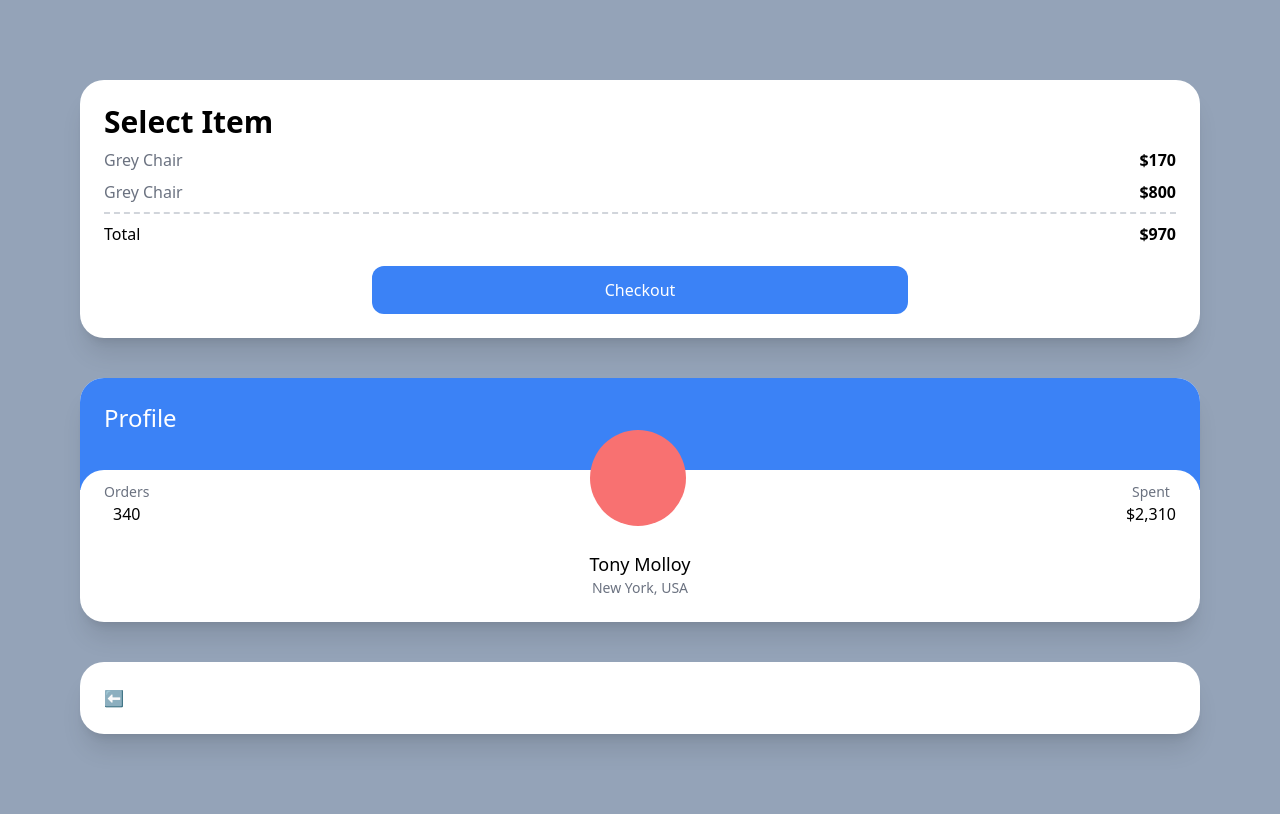
Repository: pjk0007/nextjs-carrot-marcket
Page: /
These files come from the project's save history. The page is drawn as it stood at one moment and after the next save; the edit follows.
The browser window is 1280 px wide. The pictures show the whole page.
The project was rebuilt for these pictures with package versions that can differ from the ones it lists, and the page was loaded fresh each time. The framework's server and built-in components were replaced by stand-ins that run in the browser. Also part of the build but not shown: next.config.js.

Above is the page before, as saved 2022-04-30 13:20:51.

### pages/index.tsx
import type { NextPage } from 'next'
const Home: NextPage = () => {
  return (
    <div className='bg-slate-400 py-20 px-20 grid gap-10'>
      <div className='bg-white p-6 rounded-3xl shadow-xl'>
        <span className='font-semibold text-3xl'>Select Item</span>
        <div className='flex justify-between my-2'>
          <span className='text-gray-500'>Grey Chair</span>
          <span className='font-semibold'>$170</span>
        </div>
        <div className='flex justify-between'>
          <span className='text-gray-500'>Grey Chair</span>
          <span className='font-semibold'>$800</span>
        </div>
        <div className='flex justify-between mt-2 pt-2 border-t-2 border-dashed border-gray-300'>
          <span>Total</span>
          <span className='font-semibold'>$970</span>
        </div>
        <div className='mt-5 bg-blue-500 text-white p-3 text-center rounded-xl w-1/2 mx-auto'>Checkout</div>
      </div>

      <div className='bg-white overflow-hidden rounded-3xl shadow-xl'>
        <div className='bg-blue-500 p-6 pb-14'>
          <span className='text-white text-2xl'>Profile</span>
        </div>
        <div className='rounded-3xl p-6 relative -top-5 bg-white'>
          <div className='flex relative -top-16 items-end justify-between'>
            <div className='flex flex-col items-center'>
              <span className='text-sm text-gray-500'>Orders</span>
              <span className='font-medium'>340</span>
            </div>
            <div className='h-24 w-24 bg-red-400 rounded-full'/>
            <div className='flex flex-col items-center'>
              <span className='text-sm text-gray-500'>Spent</span>
              <span className='font-medium'>$2,310</span>
            </div>
          </div>
          <div className='flex flex-col items-center -mt-10 -mb-5'>
            <span className='text-lg font-medium'>Tony Molloy</span>
            <span className='text-sm text-gray-500'>New York, USA</span>
          </div>
        </div>
      </div>

      <div className='bg-white p-6 rounded-3xl shadow-xl'>
        <div>
          <span>⬅</span>
        </div>
      </div>
    </div>
  );
}

export default Home

### tailwind.config.js
module.exports = {
  content: [
    "./pages/**/*.{js,jsx,ts,tsx}",
    "./components/**/*.{js,jsx,ts,tsx}"
  ],
  theme: {
    extend: {},
  },
  plugins: [],
}

Loaded but not shown: pages/_app.tsx (common file); styles/globals.css (common file)

After the next save:
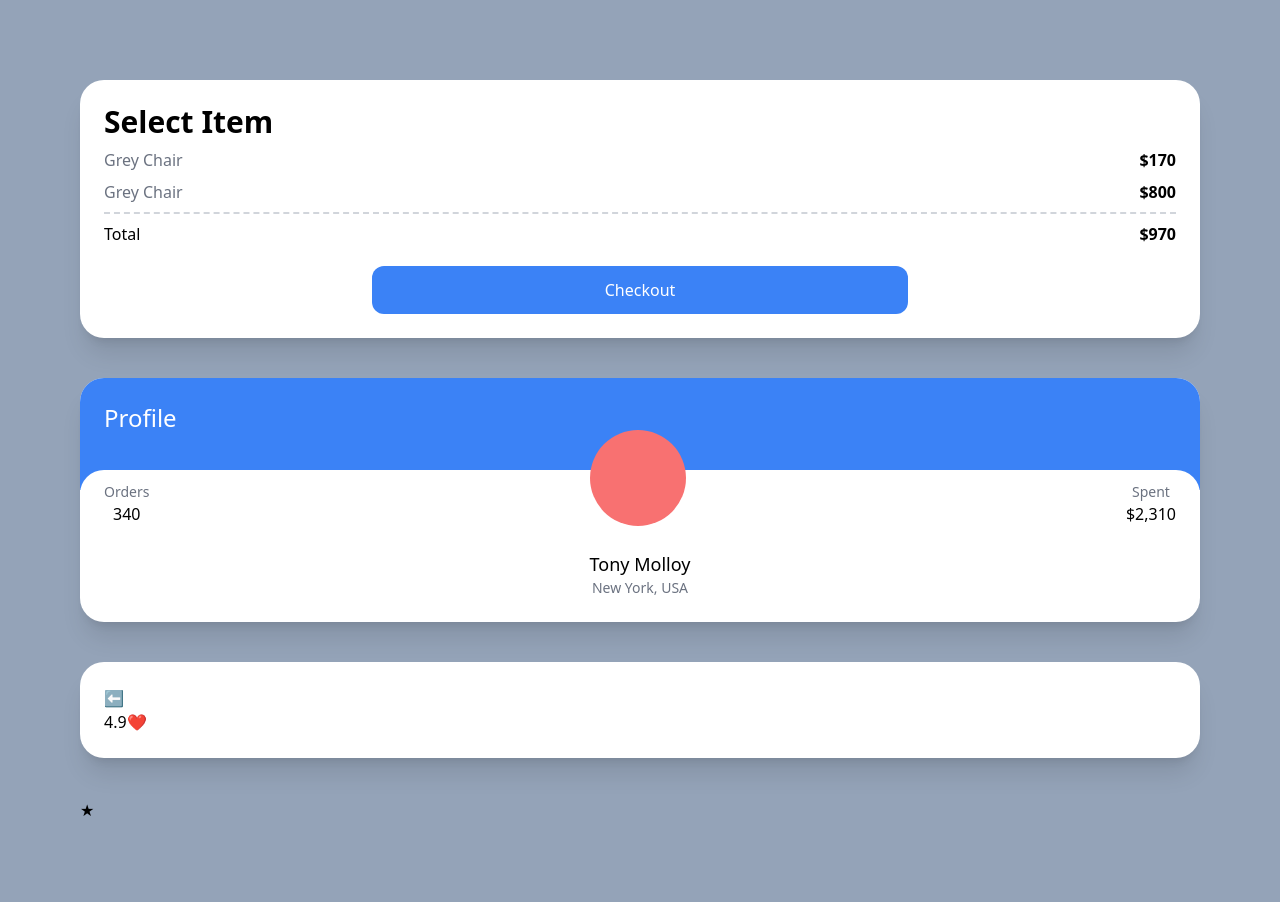
Saved 35 s later.
--- a/pages/index.tsx
+++ b/pages/index.tsx
@@ -45,8 +45,12 @@ const Home: NextPage = () => {
       <div className='bg-white p-6 rounded-3xl shadow-xl'>
         <div>
           <span>⬅</span>
+          <div>
+            <span>4.9</span>
+            <span>❤️</span>
+          </div>
         </div>
-      </div>
+      </div>★
     </div>
   );
 }
